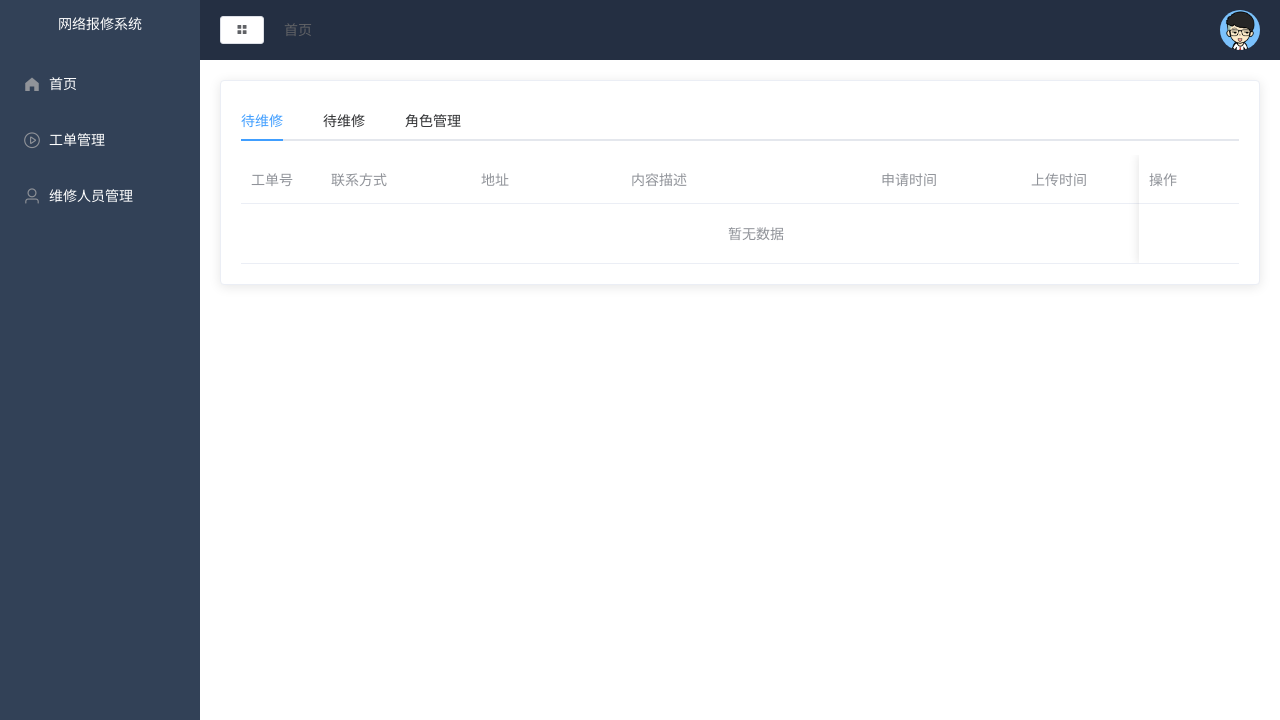
Repository: LtheW/vue
Page: /form
An editor plug-in stored every save of this project. The page is shown before and after the next save, followed by the edit.
The browser window is 1280 px wide. The pictures show the whole page.
The page's requests for data from a server got no answer. The project was rebuilt for these pictures with package versions that can differ from the ones it lists, and the page was loaded fresh each time. No one was signed in, and anything a server would have sent is missing. Also part of the build but not shown: vue.config.js, src/components/CommonTag.vue, src/views/Result/Submit.vue, src/views/Maintainer/Add.vue, src/assets/js/login.js, src/views/Login.vue.

Above is the page before, as saved 2022-03-31 17:47:11.

After the next save:
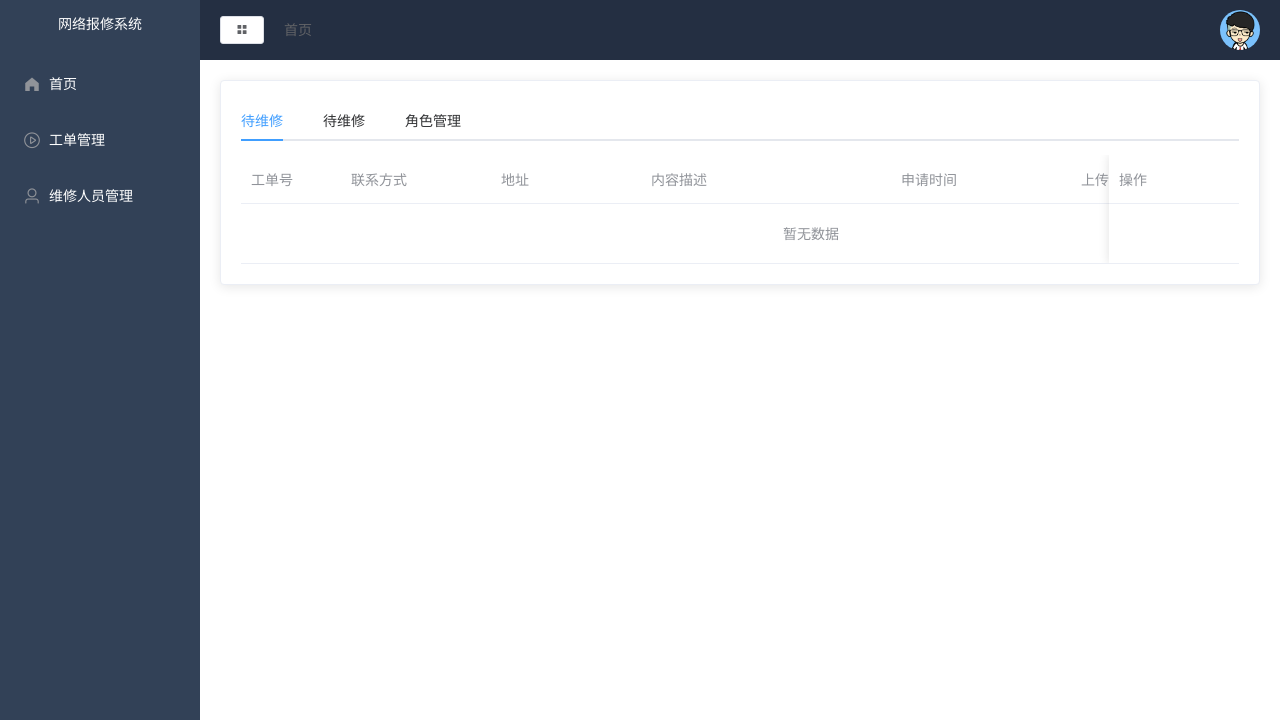
Saved 64 s later.
--- a/src/views/Form/Form.vue
+++ b/src/views/Form/Form.vue
@@ -7,7 +7,7 @@
             fixed
             prop="workorderNumber"
             label="工单号"
-            width="80"
+            width="100"
           >
           </el-table-column>
           <el-table-column
@@ -20,12 +20,12 @@
           </el-table-column>
           <el-table-column prop="workorderContent" label="内容描述" width="250">
           </el-table-column>
-          <el-table-column prop="initiationTime" label="申请时间" width="150">
+          <el-table-column prop="initiationTime" label="申请时间" width="180">
           </el-table-column>
 
-          <el-table-column prop="updateTime" label="上传时间" width="150">
+          <el-table-column prop="updateTime" label="上传时间" width="180">
           </el-table-column>
-          <el-table-column fixed="right" label="操作" width="100">
+          <el-table-column fixed="right" label="操作" width="130">
             <template slot-scope="scope">
               <el-button
                 @click="Booking(scope.row)"
